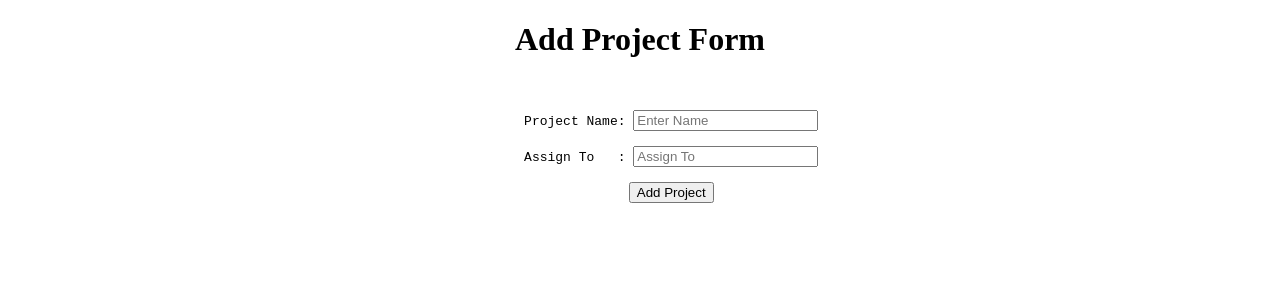
Repository: yashmodi2429/Programs
Page: http://localhost/Employee/addproject.jsp
The author's editor kept a copy of each file at every save. The page is drawn from the files as they stood at one save, then again after the next save.
The browser window is 1280 px wide. The pictures show the whole page.
The page is served by Tomcat 9. Other server files are loaded and not shown.

Above is the page before, as saved 2019-02-26 10:45:25.

### Employee/WebContent/addproject.jsp
<%@ page language="java" contentType="text/html; charset=ISO-8859-1"
    pageEncoding="ISO-8859-1"%>
<!DOCTYPE html PUBLIC "-//W3C//DTD HTML 4.01 Transitional//EN" "http://www.w3.org/TR/html4/loose.dtd">
<html>
<head>
<meta http-equiv="Content-Type" content="text/html; charset=ISO-8859-1">
<title>Insert title here</title>
</head>
<body>

<center>
	<h1>Add Project Form</h1>
	<pre>
<form action ="AddProject" method="post" >
<div>
	Project Name: <input type="text" name="name" autocomplete="off" placeholder="Enter Name"><br>
	Assign To   : <input type="text" name="assign_to" autocomplete="off" placeholder="Assign To"><br>
	<input type ="submit" value="Add Project">
	</div>
</form>
</pre>
<img src="" style="width: 23%;"/>
	</center>
</body>
</html>

After the next save:
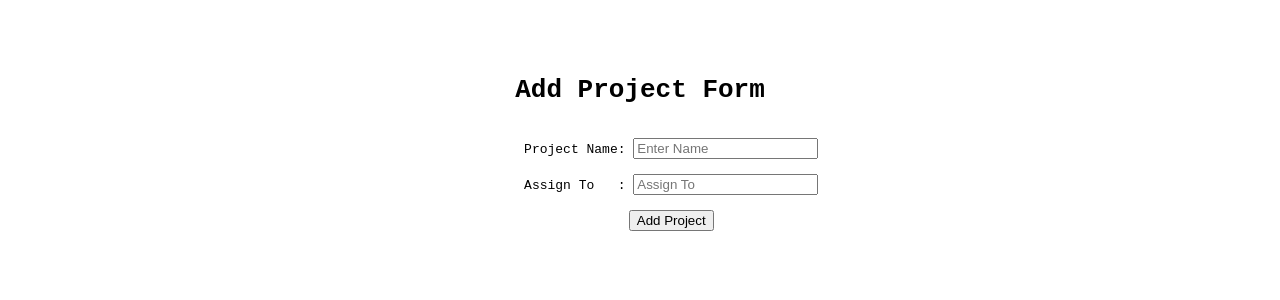
Saved 24 s later.
--- a/Employee/WebContent/addproject.jsp
+++ b/Employee/WebContent/addproject.jsp
@@ -9,10 +9,11 @@
 <body>
 
 <center>
-	<h1>Add Project Form</h1>
+
 	<pre>
 <form action ="AddProject" method="post" >
 <div>
+						<h1>Add Project Form</h1>
 	Project Name: <input type="text" name="name" autocomplete="off" placeholder="Enter Name"><br>
 	Assign To   : <input type="text" name="assign_to" autocomplete="off" placeholder="Assign To"><br>
 	<input type ="submit" value="Add Project">
